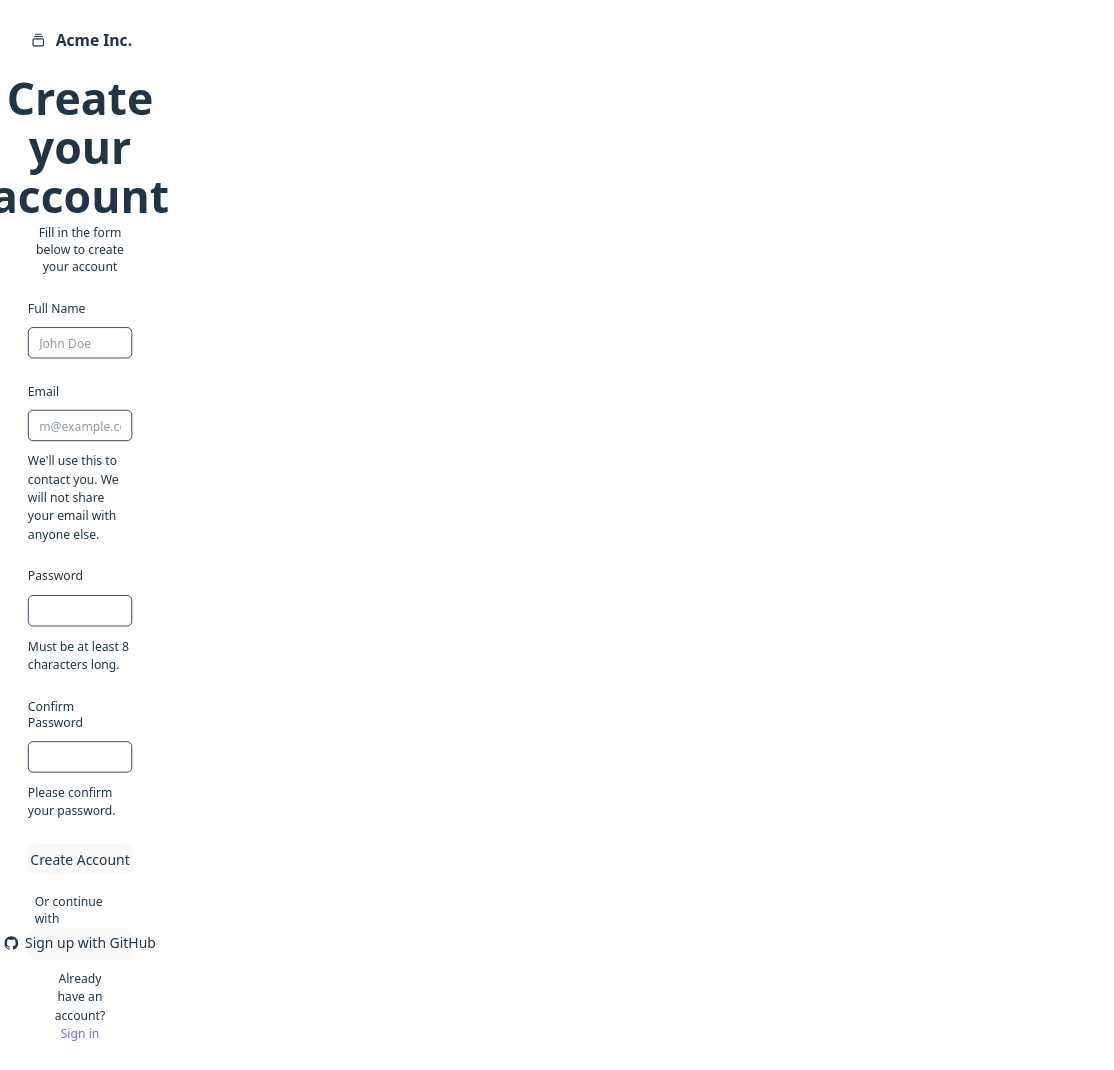
Repository: toilatrung/auth-ui-kit
Page: /register
The author's editor kept a copy of each file at every save. The page is drawn from the files as they stood at one save, then again after the next save.
The browser window is 1280 px wide. The pictures show the whole page, at 87% of full size.
The project was rebuilt for these pictures with package versions that can differ from the ones it lists, and the page was loaded fresh each time. Also part of the build but not shown: vite.config.ts, src/pages/LoginPage.tsx.

Above is the page before, as saved 2025-11-01 16:05:23.

### index.html
<!doctype html>
<html lang="vi">
  <head>
    <meta charset="UTF-8" />
    <link rel="icon" type="image/svg+xml" href="/troy_logo.svg" />
    <meta name="viewport" content="width=device-width, initial-scale=1.0" />
    <title>features_lib</title>
  </head>
  <body>
    <div id="root"></div>
    <script type="module" src="/src/main.tsx"></script>
  </body>
</html>

### src/App.tsx
import LoginPage from "./pages/LoginPage";
import RegisterPage from "./pages/RegisterPage";
import { BrowserRouter, Routes, Route } from "react-router-dom";

{/* TEST FEATURES */}
function App() {
  return (
    <>
      <BrowserRouter>
        <Routes>
          <Route
            path="/login"
            element={<LoginPage />}
          />
          <Route
            path="/register"
            element={<RegisterPage />}
          />
        </Routes>
      </BrowserRouter>
    </>
  )
}

export default App

### src/pages/RegisterPage.tsx
import { GalleryVerticalEnd } from "lucide-react"
import { SignupForm } from "@/components/auth/signup-form"

const RegisterPage = () => {
  return (
    <div className="flex min-h-screen flex-col items-center justify-center bg-background">
      <div className="w-full max-w-md space-y-6 p-8">
        {/* Logo */}
        <div className="flex items-center justify-center gap-2">
          <div className="bg-primary text-primary-foreground flex size-6 items-center justify-center rounded-md">
            <GalleryVerticalEnd className="size-4" />
          </div>
          <span className="text-lg font-semibold">Acme Inc.</span>
        </div>

        {/* Signup Form (heading có sẵn bên trong) */}
        <SignupForm />
      </div>
    </div>
  )
}

export default RegisterPage

### src/components/auth/signup-form.tsx
import { cn } from "@/lib/utils"
import { Button } from "@/components/ui/button"
import {
  Field,
  FieldDescription,
  FieldGroup,
  FieldLabel,
  FieldSeparator,
} from "@/components/ui/field"
import { Input } from "@/components/ui/input"

export function SignupForm({
  className,
  ...props
}: React.ComponentProps<"form">) {
  return (
    <form className={cn("flex flex-col gap-6", className)} {...props}>
      <FieldGroup>
        <div className="flex flex-col items-center gap-1 text-center">
          <h1 className="text-2xl font-bold">Create your account</h1>
          <p className="text-muted-foreground text-sm text-balance">
            Fill in the form below to create your account
          </p>
        </div>
        <Field>
          <FieldLabel htmlFor="name">Full Name</FieldLabel>
          <Input id="name" type="text" placeholder="John Doe" required />
        </Field>
        <Field>
          <FieldLabel htmlFor="email">Email</FieldLabel>
          <Input id="email" type="email" placeholder="m@example.com" required />
          <FieldDescription>
            We&apos;ll use this to contact you. We will not share your email
            with anyone else.
          </FieldDescription>
        </Field>
        <Field>
          <FieldLabel htmlFor="password">Password</FieldLabel>
          <Input id="password" type="password" required />
          <FieldDescription>
            Must be at least 8 characters long.
          </FieldDescription>
        </Field>
        <Field>
          <FieldLabel htmlFor="confirm-password">Confirm Password</FieldLabel>
          <Input id="confirm-password" type="password" required />
          <FieldDescription>Please confirm your password.</FieldDescription>
        </Field>
        <Field>
          <Button type="submit">Create Account</Button>
        </Field>
        <FieldSeparator>Or continue with</FieldSeparator>
        <Field>
          <Button variant="outline" type="button">
            <svg xmlns="http://www.w3.org/2000/svg" viewBox="0 0 24 24">
              <path
                d="M12 .297c-6.63 0-12 5.373-12 12 0 5.303 3.438 9.8 8.205 11.385.6.113.82-.258.82-.577 0-.285-.01-1.04-.015-2.04-3.338.724-4.042-1.61-4.042-1.61C4.422 18.07 3.633 17.7 3.633 17.7c-1.087-.744.084-.729.084-.729 1.205.084 1.838 1.236 1.838 1.236 1.07 1.835 2.809 1.305 3.495.998.108-.776.417-1.305.76-1.605-2.665-.3-5.466-1.332-5.466-5.93 0-1.31.465-2.38 1.235-3.22-.135-.303-.54-1.523.105-3.176 0 0 1.005-.322 3.3 1.23.96-.267 1.98-.399 3-.405 1.02.006 2.04.138 3 .405 2.28-1.552 3.285-1.23 3.285-1.23.645 1.653.24 2.873.12 3.176.765.84 1.23 1.91 1.23 3.22 0 4.61-2.805 5.625-5.475 5.92.42.36.81 1.096.81 2.22 0 1.606-.015 2.896-.015 3.286 0 .315.21.69.825.57C20.565 22.092 24 17.592 24 12.297c0-6.627-5.373-12-12-12"
                fill="currentColor"
              />
            </svg>
            Sign up with GitHub
          </Button>
          <FieldDescription className="px-6 text-center">
            Already have an account? <a href="#">Sign in</a>
          </FieldDescription>
        </Field>
      </FieldGroup>
    </form>
  )
}

### src/components/ui/button.tsx
import * as React from "react"
import { Slot } from "@radix-ui/react-slot"
import { cva, type VariantProps } from "class-variance-authority"

import { cn } from "@/lib/utils"

const buttonVariants = cva(
  "inline-flex items-center justify-center gap-2 whitespace-nowrap rounded-md text-sm font-medium transition-all disabled:pointer-events-none disabled:opacity-50 [&_svg]:pointer-events-none [&_svg:not([class*='size-'])]:size-4 shrink-0 [&_svg]:shrink-0 outline-none focus-visible:border-ring focus-visible:ring-ring/50 focus-visible:ring-[3px] aria-invalid:ring-destructive/20 dark:aria-invalid:ring-destructive/40 aria-invalid:border-destructive",
  {
    variants: {
      variant: {
        default: "bg-primary text-primary-foreground hover:bg-primary/90",
        destructive:
          "bg-destructive text-white hover:bg-destructive/90 focus-visible:ring-destructive/20 dark:focus-visible:ring-destructive/40 dark:bg-destructive/60",
        outline:
          "border bg-background shadow-xs hover:bg-accent hover:text-accent-foreground dark:bg-input/30 dark:border-input dark:hover:bg-input/50",
        secondary:
          "bg-secondary text-secondary-foreground hover:bg-secondary/80",
        ghost:
          "hover:bg-accent hover:text-accent-foreground dark:hover:bg-accent/50",
        link: "text-primary underline-offset-4 hover:underline",
      },
      size: {
        default: "h-9 px-4 py-2 has-[>svg]:px-3",
        sm: "h-8 rounded-md gap-1.5 px-3 has-[>svg]:px-2.5",
        lg: "h-10 rounded-md px-6 has-[>svg]:px-4",
        icon: "size-9",
        "icon-sm": "size-8",
        "icon-lg": "size-10",
      },
    },
    defaultVariants: {
      variant: "default",
      size: "default",
    },
  }
)

function Button({
  className,
  variant,
  size,
  asChild = false,
  ...props
}: React.ComponentProps<"button"> &
  VariantProps<typeof buttonVariants> & {
    asChild?: boolean
  }) {
  const Comp = asChild ? Slot : "button"

  return (
    <Comp
      data-slot="button"
      className={cn(buttonVariants({ variant, size, className }))}
      {...props}
    />
  )
}

export { Button, buttonVariants }

### src/components/ui/field.tsx
import { useMemo } from "react"
import { cva, type VariantProps } from "class-variance-authority"

import { cn } from "@/lib/utils"
import { Label } from "@/components/ui/label"
import { Separator } from "@/components/ui/separator"

function FieldSet({ className, ...props }: React.ComponentProps<"fieldset">) {
  return (
    <fieldset
      data-slot="field-set"
      className={cn(
        "flex flex-col gap-6",
        "has-[>[data-slot=checkbox-group]]:gap-3 has-[>[data-slot=radio-group]]:gap-3",
        className
      )}
      {...props}
    />
  )
}

function FieldLegend({
  className,
  variant = "legend",
  ...props
}: React.ComponentProps<"legend"> & { variant?: "legend" | "label" }) {
  return (
    <legend
      data-slot="field-legend"
      data-variant={variant}
      className={cn(
        "mb-3 font-medium",
        "data-[variant=legend]:text-base",
        "data-[variant=label]:text-sm",
        className
      )}
      {...props}
    />
  )
}

function FieldGroup({ className, ...props }: React.ComponentProps<"div">) {
  return (
    <div
      data-slot="field-group"
      className={cn(
        "group/field-group @container/field-group flex w-full flex-col gap-7 data-[slot=checkbox-group]:gap-3 [&>[data-slot=field-group]]:gap-4",
        className
      )}
      {...props}
    />
  )
}

const fieldVariants = cva(
  "group/field flex w-full gap-3 data-[invalid=true]:text-destructive",
  {
    variants: {
      orientation: {
        vertical: ["flex-col [&>*]:w-full [&>.sr-only]:w-auto"],
        horizontal: [
          "flex-row items-center",
          "[&>[data-slot=field-label]]:flex-auto",
          "has-[>[data-slot=field-content]]:items-start has-[>[data-slot=field-content]]:[&>[role=checkbox],[role=radio]]:mt-px",
        ],
        responsive: [
          "flex-col [&>*]:w-full [&>.sr-only]:w-auto @md/field-group:flex-row @md/field-group:items-center @md/field-group:[&>*]:w-auto",
          "@md/field-group:[&>[data-slot=field-label]]:flex-auto",
          "@md/field-group:has-[>[data-slot=field-content]]:items-start @md/field-group:has-[>[data-slot=field-content]]:[&>[role=checkbox],[role=radio]]:mt-px",
        ],
      },
    },
    defaultVariants: {
      orientation: "vertical",
    },
  }
)

function Field({
  className,
  orientation = "vertical",
  ...props
}: React.ComponentProps<"div"> & VariantProps<typeof fieldVariants>) {
  return (
    <div
      role="group"
      data-slot="field"
      data-orientation={orientation}
      className={cn(fieldVariants({ orientation }), className)}
      {...props}
    />
  )
}

function FieldContent({ className, ...props }: React.ComponentProps<"div">) {
  return (
    <div
      data-slot="field-content"
      className={cn(
        "group/field-content flex flex-1 flex-col gap-1.5 leading-snug",
        className
      )}
      {...props}
    />
  )
}

function FieldLabel({
  className,
  ...props
}: React.ComponentProps<typeof Label>) {
  return (
    <Label
      data-slot="field-label"
      className={cn(
        "group/field-label peer/field-label flex w-fit gap-2 leading-snug group-data-[disabled=true]/field:opacity-50",
        "has-[>[data-slot=field]]:w-full has-[>[data-slot=field]]:flex-col has-[>[data-slot=field]]:rounded-md has-[>[data-slot=field]]:border [&>*]:data-[slot=field]:p-4",
        "has-data-[state=checked]:bg-primary/5 has-data-[state=checked]:border-primary dark:has-data-[state=checked]:bg-primary/10",
        className
      )}
      {...props}
    />
  )
}

function FieldTitle({ className, ...props }: React.ComponentProps<"div">) {
  return (
    <div
      data-slot="field-label"
      className={cn(
        "flex w-fit items-center gap-2 text-sm leading-snug font-medium group-data-[disabled=true]/field:opacity-50",
        className
      )}
      {...props}
    />
  )
}

function FieldDescription({ className, ...props }: React.ComponentProps<"p">) {
  return (
    <p
      data-slot="field-description"
      className={cn(
        "text-muted-foreground text-sm leading-normal font-normal group-has-[[data-orientation=horizontal]]/field:text-balance",
        "last:mt-0 nth-last-2:-mt-1 [[data-variant=legend]+&]:-mt-1.5",
        "[&>a:hover]:text-primary [&>a]:underline [&>a]:underline-offset-4",
        className
      )}
      {...props}
    />
  )
}

function FieldSeparator({
  children,
  className,
  ...props
}: React.ComponentProps<"div"> & {
  children?: React.ReactNode
}) {
  return (
    <div
      data-slot="field-separator"
      data-content={!!children}
      className={cn(
        "relative -my-2 h-5 text-sm group-data-[variant=outline]/field-group:-mb-2",
        className
      )}
      {...props}
    >
      <Separator className="absolute inset-0 top-1/2" />
      {children && (
        <span
          className="bg-background text-muted-foreground relative mx-auto block w-fit px-2"
          data-slot="field-separator-content"
        >
          {children}
        </span>
      )}
    </div>
  )
}

function FieldError({
  className,
  children,
  errors,
  ...props
}: React.ComponentProps<"div"> & {
  errors?: Array<{ message?: string } | undefined>
}) {
  const content = useMemo(() => {
    if (children) {
      return children
    }

    if (!errors?.length) {
      return null
    }

    const uniqueErrors = [
      ...new Map(errors.map((error) => [error?.message, error])).values(),
    ]

    if (uniqueErrors?.length == 1) {
      return uniqueErrors[0]?.message
    }

    return (
      <ul className="ml-4 flex list-disc flex-col gap-1">
        {uniqueErrors.map(
          (error, index) =>
            error?.message && <li key={index}>{error.message}</li>
        )}
      </ul>
    )
  }, [children, errors])

  if (!content) {
    return null
  }

  return (
    <div
      role="alert"
      data-slot="field-error"
      className={cn("text-destructive text-sm font-normal", className)}
      {...props}
    >
      {content}
    </div>
  )
}

export {
  Field,
  FieldLabel,
  FieldDescription,
  FieldError,
  FieldGroup,
  FieldLegend,
  FieldSeparator,
  FieldSet,
  FieldContent,
  FieldTitle,
}

### src/components/ui/input.tsx
import * as React from "react"

import { cn } from "@/lib/utils"

function Input({ className, type, ...props }: React.ComponentProps<"input">) {
  return (
    <input
      type={type}
      data-slot="input"
      className={cn(
        "file:text-foreground placeholder:text-muted-foreground selection:bg-primary selection:text-primary-foreground dark:bg-input/30 border-input h-9 w-full min-w-0 rounded-md border bg-transparent px-3 py-1 text-base shadow-xs transition-[color,box-shadow] outline-none file:inline-flex file:h-7 file:border-0 file:bg-transparent file:text-sm file:font-medium disabled:pointer-events-none disabled:cursor-not-allowed disabled:opacity-50 md:text-sm",
        "focus-visible:border-ring focus-visible:ring-ring/50 focus-visible:ring-[3px]",
        "aria-invalid:ring-destructive/20 dark:aria-invalid:ring-destructive/40 aria-invalid:border-destructive",
        className
      )}
      {...props}
    />
  )
}

export { Input }

Loaded but not shown: src/main.tsx (common file); src/index.css (common file); src/lib/utils.ts (common file); src/components/ui/label.tsx (common file); src/components/ui/separator.tsx (common file)

After the next save:
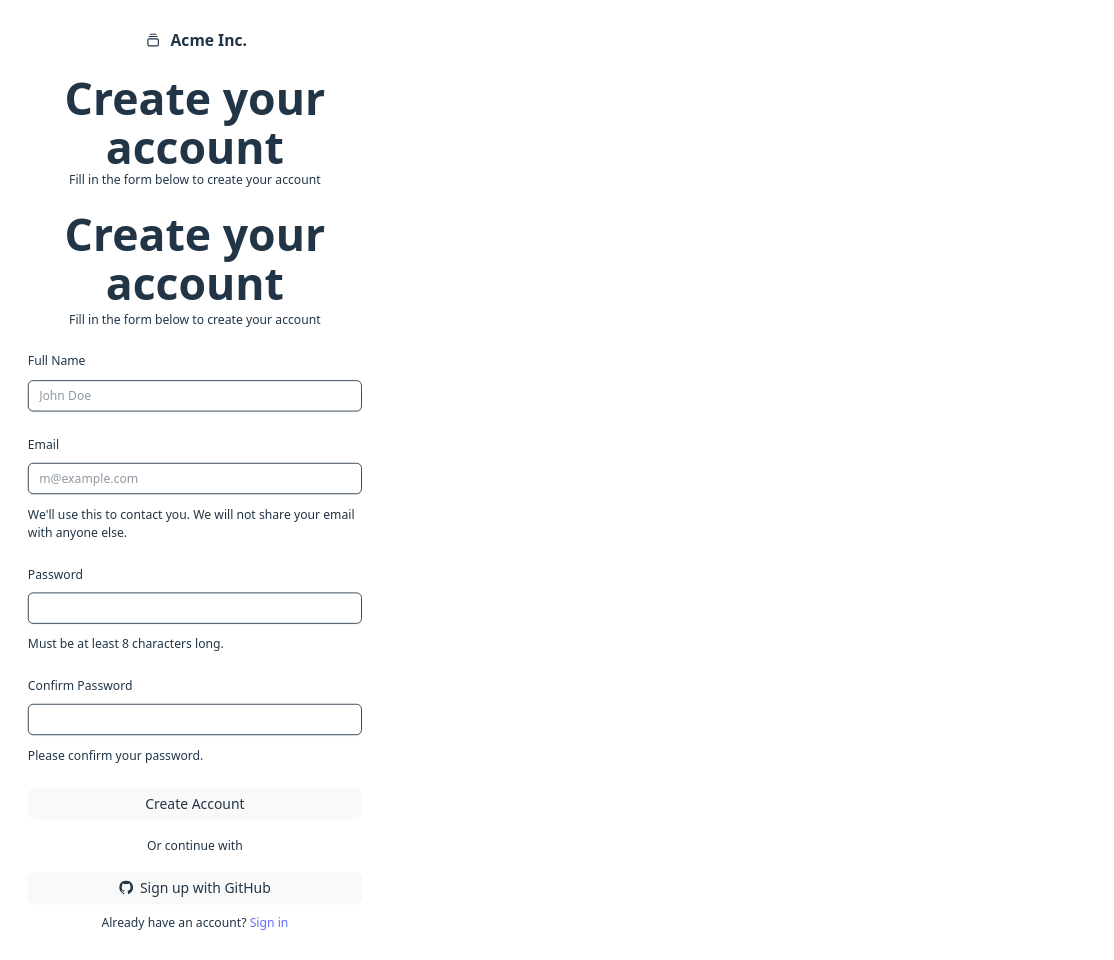
Saved 4 s later.
--- a/src/pages/RegisterPage.tsx
+++ b/src/pages/RegisterPage.tsx
@@ -5,7 +5,7 @@
   return (
     <div className="flex min-h-screen flex-col items-center justify-center bg-background">
       <div className="w-full max-w-md space-y-6 p-8">
-        {/* Logo */}
+        {/* Logo + Title */}
         <div className="flex items-center justify-center gap-2">
           <div className="bg-primary text-primary-foreground flex size-6 items-center justify-center rounded-md">
             <GalleryVerticalEnd className="size-4" />
@@ -13,7 +13,15 @@
           <span className="text-lg font-semibold">Acme Inc.</span>
         </div>
 
-        {/* Signup Form (heading có sẵn bên trong) */}
+        {/* Heading */}
+        <div className="text-center">
+          <h1 className="text-2xl font-bold">Create your account</h1>
+          <p className="text-sm text-muted-foreground">
+            Fill in the form below to create your account
+          </p>
+        </div>
+
+        {/* Form */}
         <SignupForm />
       </div>
     </div>

After the save that followed:
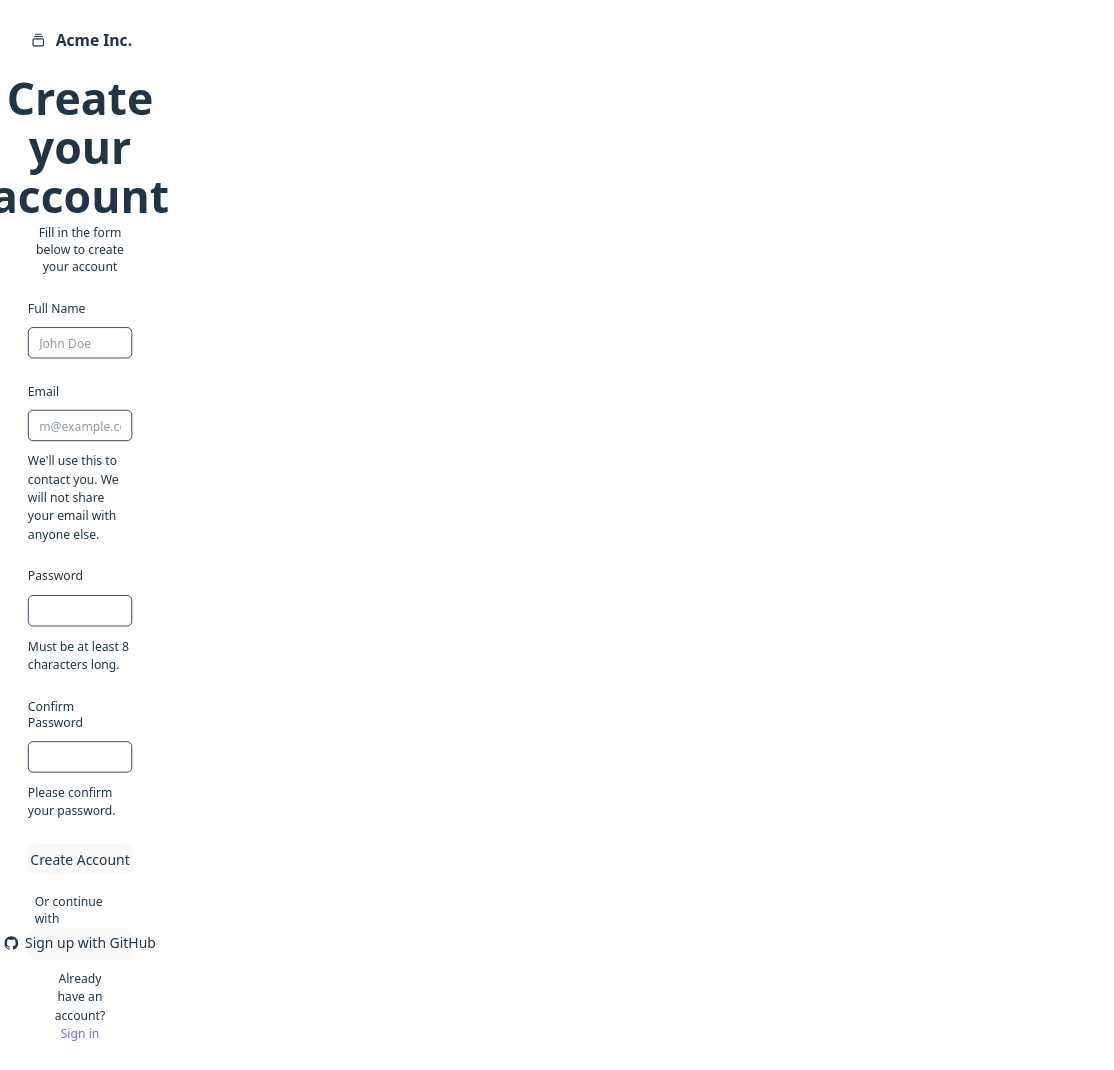
Saved 16 s later.
--- a/src/pages/RegisterPage.tsx
+++ b/src/pages/RegisterPage.tsx
@@ -12,15 +12,6 @@
           </div>
           <span className="text-lg font-semibold">Acme Inc.</span>
         </div>
-
-        {/* Heading */}
-        <div className="text-center">
-          <h1 className="text-2xl font-bold">Create your account</h1>
-          <p className="text-sm text-muted-foreground">
-            Fill in the form below to create your account
-          </p>
-        </div>
-
         {/* Form */}
         <SignupForm />
       </div>
